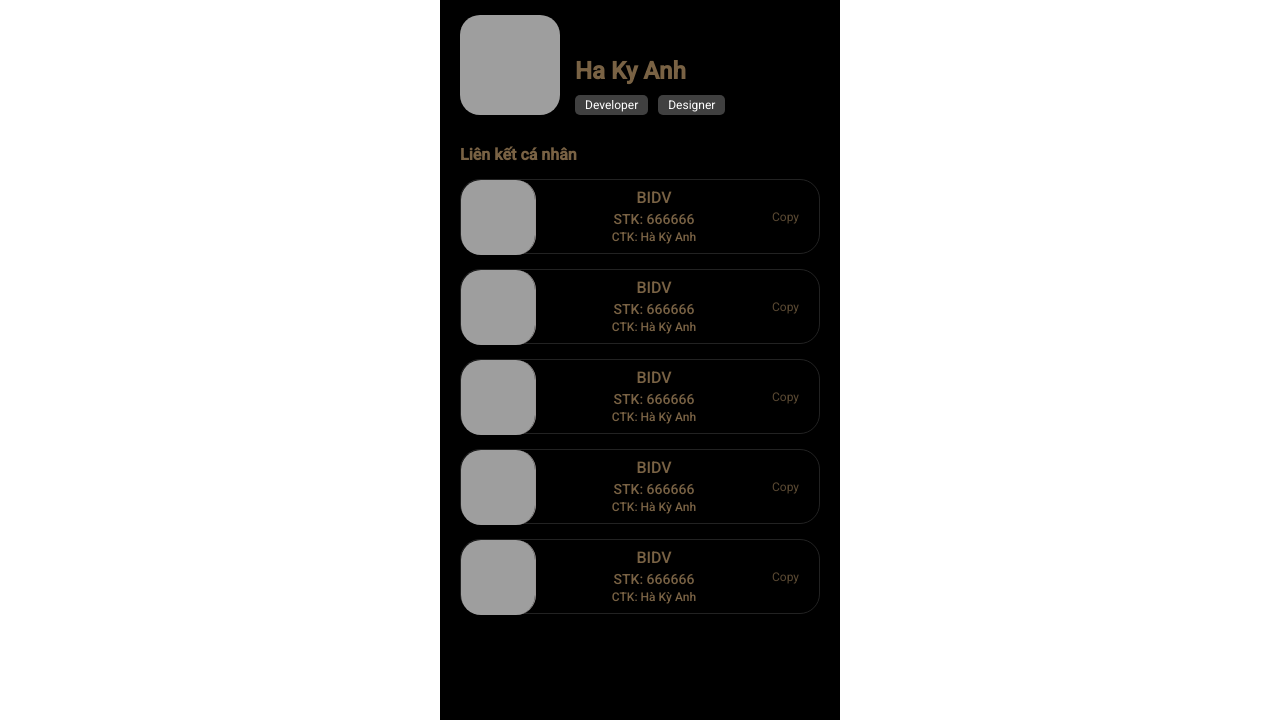
Repository: yzarc204/nguyen-tien-viet-hoang
Page: thong-tin-thanh-toan/index.html
The author's editor kept a copy of each file at every save. The page is drawn from the files as they stood at one save, then again after a run of saves.
The browser window is 1280 px wide. The pictures show the whole page.
Pictures or frames that could not be fetched are drawn as grey boxes.

Above is the page before, as saved 2021-09-27 11:04:15.

After the next 2 saves:
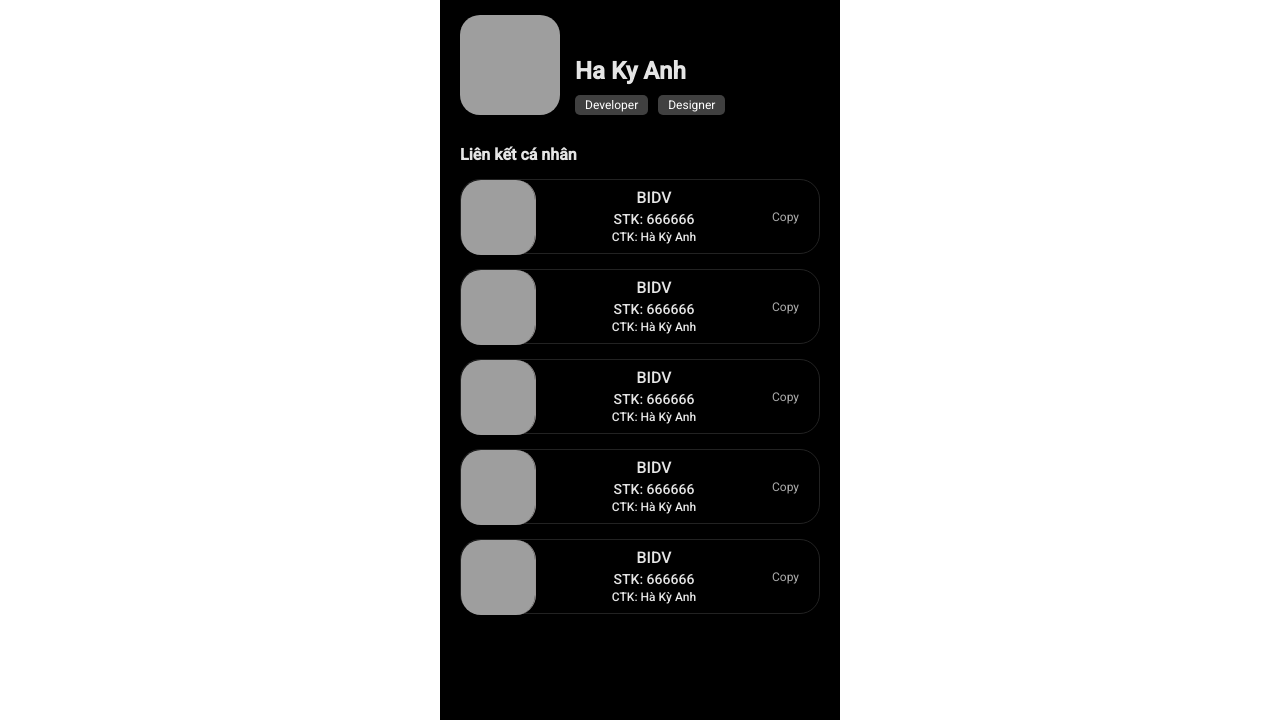
The 2 saves are shown as one change because they came seconds apart.
The last was saved 32 s later.
--- a/thong-tin-thanh-toan/public/css/index.css
+++ b/thong-tin-thanh-toan/public/css/index.css
@@ -6,7 +6,7 @@
 }
 
 :root {
-    --primary-color: #796244;
+    --primary-color: #E5E5E5;
     --secondary-color: #211A10;
 }
 

After the save that followed:
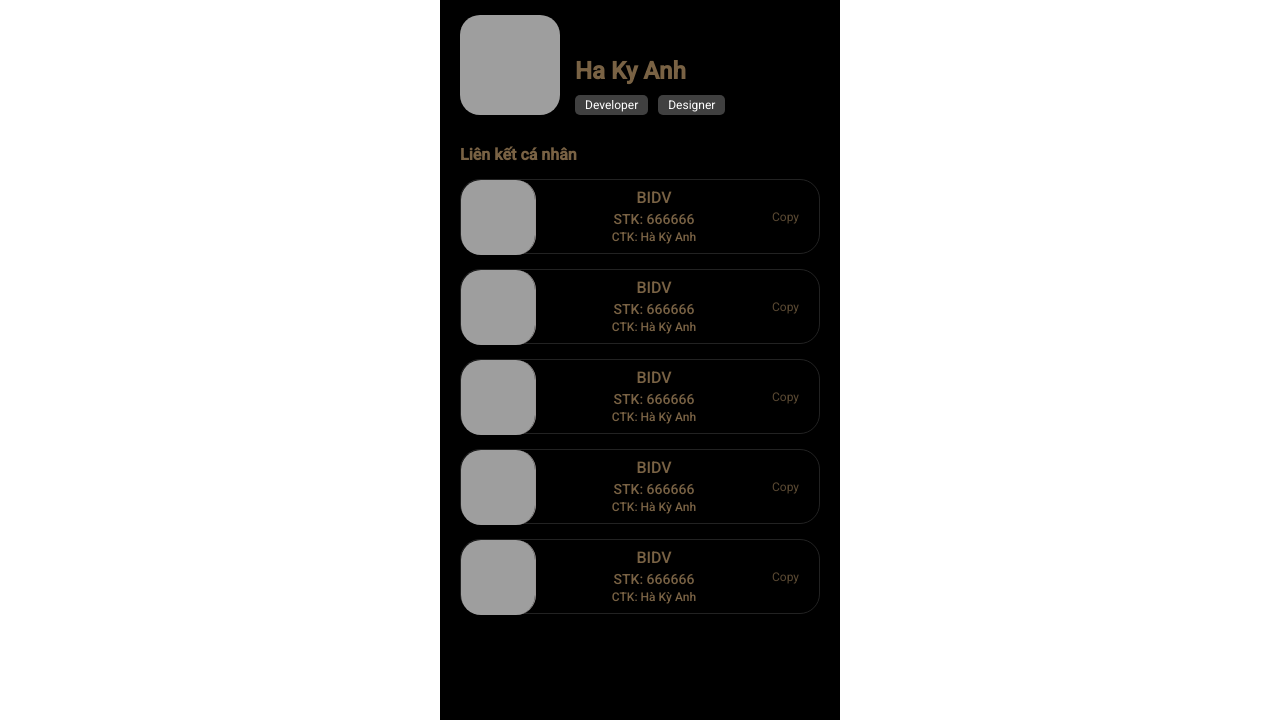
Saved 13 s later.
--- a/thong-tin-thanh-toan/public/css/index.css
+++ b/thong-tin-thanh-toan/public/css/index.css
@@ -6,7 +6,7 @@
 }
 
 :root {
-    --primary-color: #E5E5E5;
+    --primary-color: #796244;
     --secondary-color: #211A10;
 }
 
